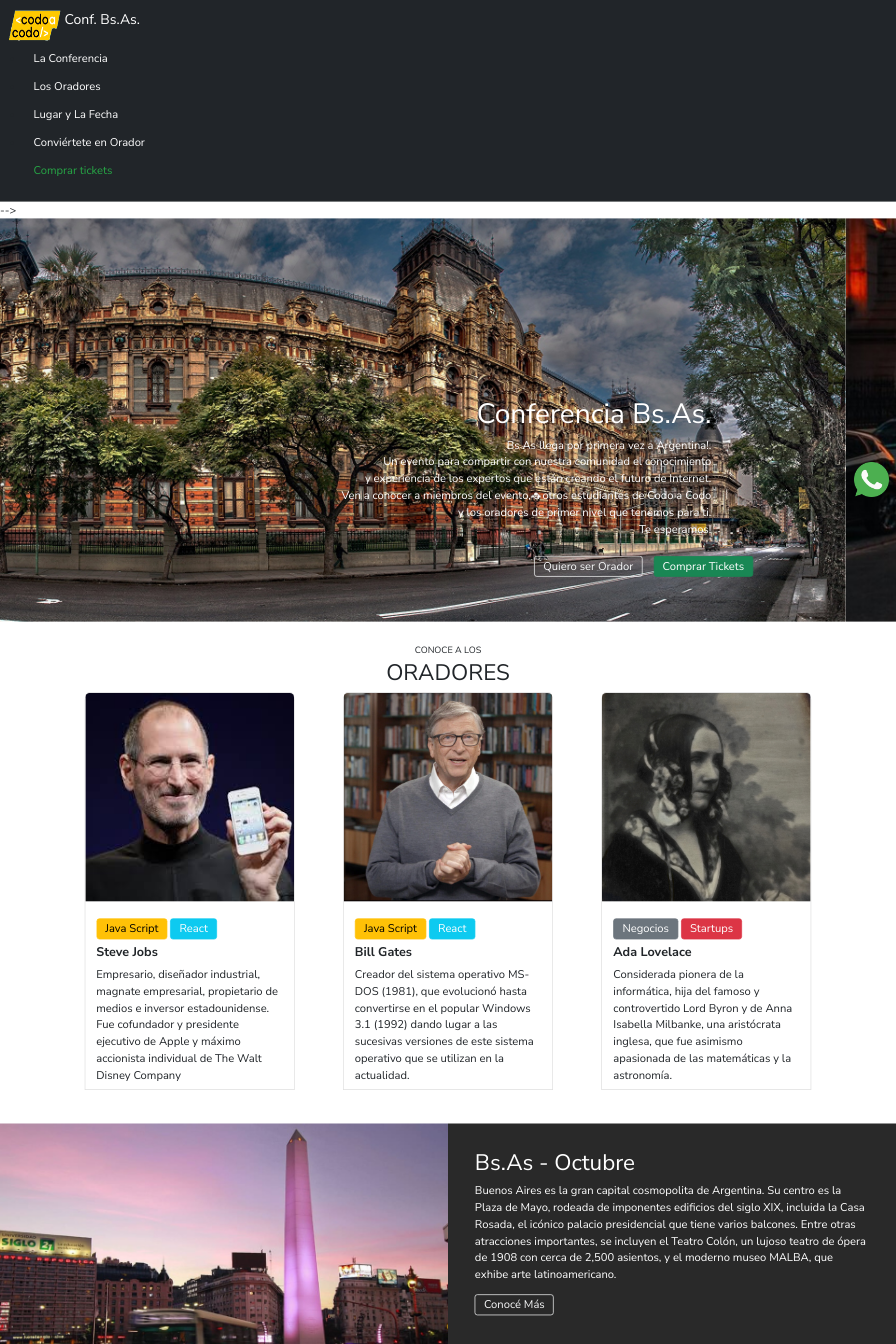
Repository: Melire/trabajo-final-BS
Page: index.html
These files come from the project's save history. The page is drawn as it stood at one moment and after a run of saves; the edit follows.
The browser window is 1280 px wide. The pictures show the part of the page from y = 0 to 1920 px (the page is 2591 px tall before and 2415 px after), at 70% of full size.

Above is the page before, as saved 2023-05-11 18:43:42.

After the next 2 saves:
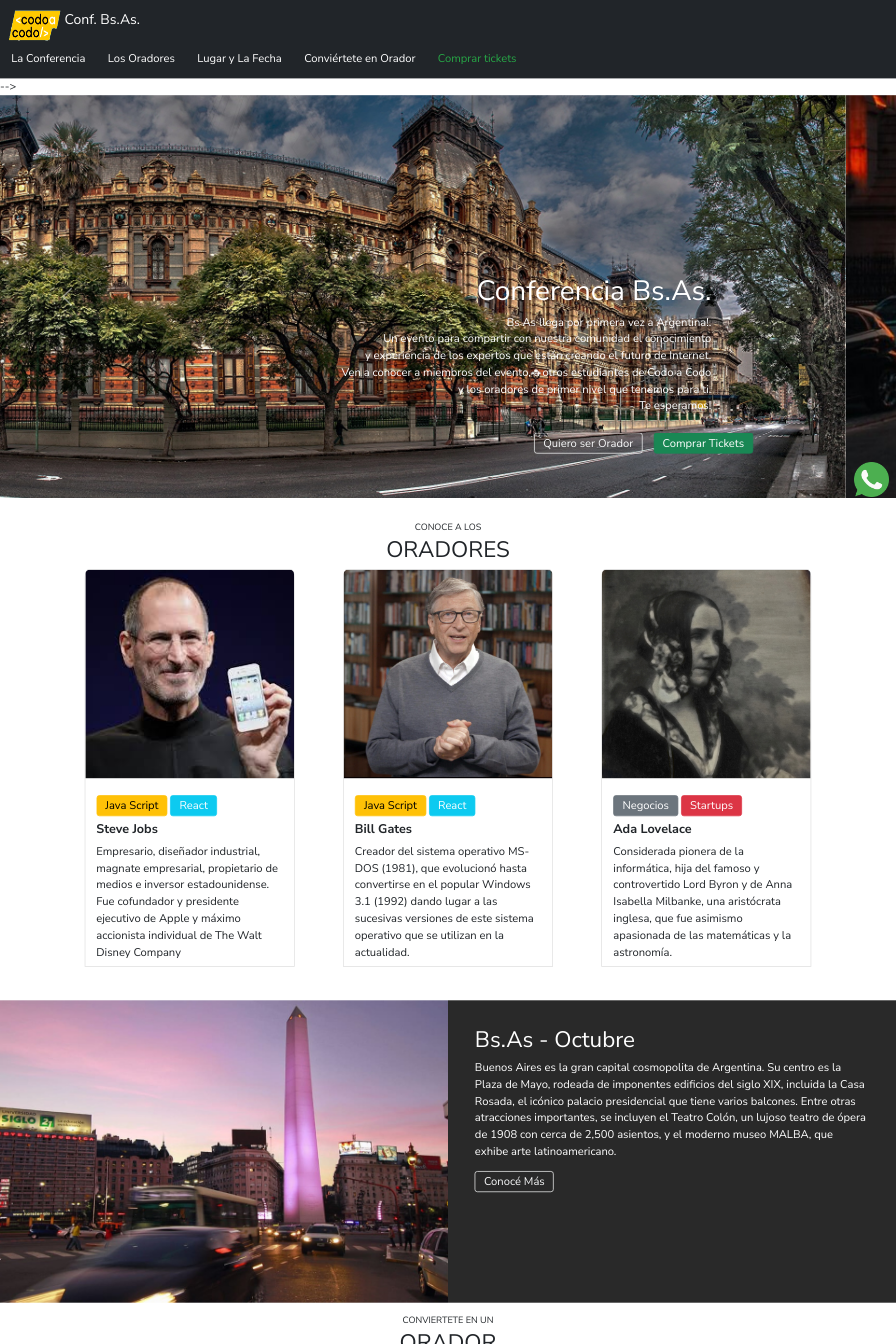
The 2 saves are shown as one change because they came seconds apart.
The last was saved 7 s later.
--- a/index.html
+++ b/index.html
@@ -25,7 +25,7 @@
                         Conf. Bs.As.
                       </a>
                     </div>
-                <ul class=""nav justify-content-end"">
+                <ul class="nav justify-content-end">
                     <li class="nav-item">
                         <a class="nav-link active" aria-current="page" href="#laConferencia">La Conferencia</a>
                     </li>
